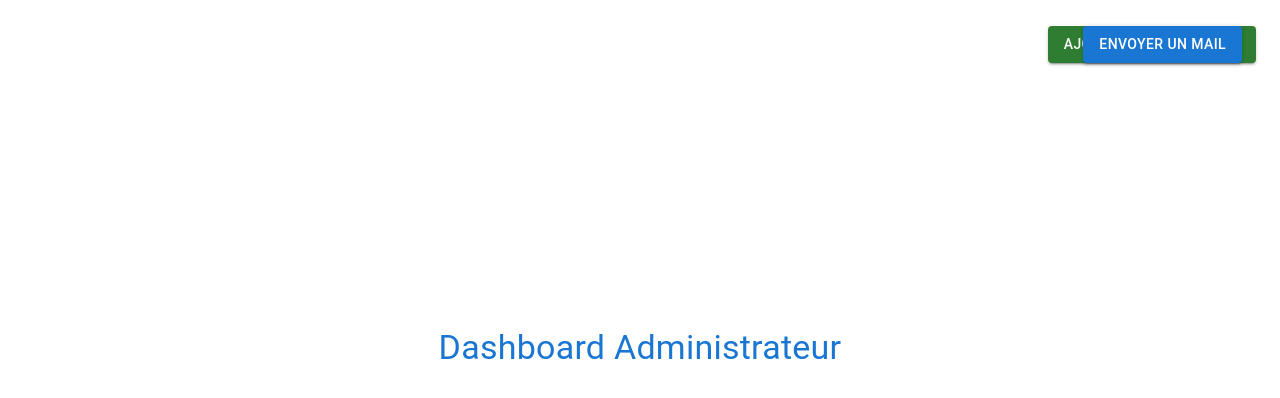
Repository: clement-chn/challenge-48h
Page: /dashboard (app in front/)
The author's editor kept a copy of each file at every save. The page is drawn from the files as they stood at one save, then again after the next save.
The browser window is 1280 px wide. The pictures show the whole page.
The project was rebuilt for these pictures with package versions that can differ from the ones it lists, and the page was loaded fresh each time. Also part of the build but not shown: front/vite.config.js.

Above is the page before, as saved 2025-04-03 12:00:09.

### front/src/App.jsx
import './App.css'
import { BrowserRouter as Router, Routes, Route, Navigate } from 'react-router-dom'
import Connexion from './Routes/connexion.jsx'
import Dashboard from './Routes/dashboard.jsx'
import Inscription from './Routes/inscriptions.jsx'

function App() {
  return (
    <>
      <Router>
        <div className="min-h-screen bg-gray-50 text-gray-900">

          <Routes>
            <Route path="/" element={<Connexion />} />
            <Route path="/dashboard" element={<Dashboard />} />
            <Route path="/inscription" element={<Inscription />} />
            <Route path="*" element={<Navigate to="/" />} />
          </Routes>
        </div>
      </Router>
    </>
  )
}

export default App

### front/src/Routes/connexion.jsx
const Connexion = () => {



}

export default Connexion;

### front/src/Routes/dashboard.jsx
import React, { useState } from 'react';
import { Button, Typography, Box, Card, CardContent, IconButton } from '@mui/material';
import EditIcon from '@mui/icons-material/Edit';
import DeleteIcon from '@mui/icons-material/Delete';
import ModalCreeEvent from '../Components/ModalCreeEvent'; // Import du nouveau composant

const AdminDashboard = () => {
  const [open, setOpen] = useState(false);
  const [events, setEvents] = useState([]); // Liste des événements
  const [eventData, setEventData] = useState({
    title: '',
    date: '',
    description: '',
  });

  // Ouvrir et fermer la modal
  const handleOpen = () => setOpen(true);
  const handleClose = () => {
    setOpen(false);
    setEventData({ title: '', date: '', description: '' }); // Réinitialiser le formulaire
  };

  // Gérer les changements dans le formulaire
  const handleChange = (e) => {
    setEventData({ ...eventData, [e.target.name]: e.target.value });
  };

  // Ajouter un nouvel événement
  const handleSubmit = (e) => {
    e.preventDefault();
    setEvents([...events, { ...eventData, id: Date.now() }]); // Ajoute l'événement avec un ID unique
    handleClose();
  };

  // Supprimer un événement
  const handleDelete = (id) => {
    setEvents(events.filter(event => event.id !== id));
  };

  return (
    <Box sx={{ p: 3 }}>
      {/* Conteneur pour positionner le bouton */}
      <Box sx={{ position: 'absolute', top: 18, right: 16, borderRadius: 1,  p: 1 }}>
        <Button variant="contained" color="success" onClick={handleOpen}> {/* Changement de la couleur en vert */}
          Ajouter un événement
        </Button>
      </Box>

      {/* Bouton pour envoyer un mail */}
      <Box sx={{ position: 'absolute', top: 18, right: 30, borderRadius: 1, p: 1 }}>
        <Button variant="contained" color="primary" onClick={() => alert('Mail envoyé !')}>
          Envoyer un mail
        </Button>
      </Box>

      <Typography variant="h4" color="primary" sx={{ mb: 3, textAlign: 'center' }}>
        Dashboard Administrateur
      </Typography>

      {/* Liste des événements */}
      {events.map((event) => (
        <Card key={event.id} sx={{ mb: 2, p: 2, display: 'flex', justifyContent: 'space-between', alignItems: 'center' }}>
          <CardContent>
            <Typography variant="subtitle2" color="textSecondary">
              {event.date}
            </Typography>
            <Typography variant="h6">{event.title}</Typography>
            <Typography variant="body2" color="textSecondary">
              {event.description}
            </Typography>
          </CardContent>
          {/* Boutons Modifier & Supprimer */}
          <Box>
            <IconButton color="primary">
              <EditIcon />
            </IconButton>
            <IconButton color="error" onClick={() => handleDelete(event.id)}>
              <DeleteIcon />
            </IconButton>
          </Box>
        </Card>
      ))}

      {/* Utilisation du composant ModalCreeEvent */}
      <ModalCreeEvent
        open={open}
        handleClose={handleClose}
        handleSubmit={handleSubmit}
        handleChange={handleChange}
        eventData={eventData}
      />
    </Box>
  );
};

export default AdminDashboard;

### front/src/Routes/inscriptions.jsx
const Inscription = () => {



}

export default Inscription;

### front/src/Components/ModalCreeEvent.jsx
import React from 'react';
import { Box, Typography, Modal, TextField, Button } from '@mui/material';

const ModalCreeEvent = ({ open, handleClose, handleSubmit, handleChange, eventData }) => {
  return (
    <Modal open={open} onClose={handleClose} aria-labelledby="modal-title">
      <Box
        sx={{
          position: 'absolute',
          top: '50%',
          left: '50%',
          transform: 'translate(-50%, -50%)',
          width: 400,
          bgcolor: 'background.paper',
          boxShadow: 24,
          p: 4,
          borderRadius: 2,
        }}
      >
        <Typography id="modal-title" variant="h6" sx={{ mb: 2 }}>
          Créer un nouvel événement
        </Typography>

        {/* Formulaire */}
        <form onSubmit={handleSubmit}>
          <TextField
            label="Titre de l'événement"
            name="title"
            fullWidth
            required
            margin="dense"
            value={eventData.title}
            onChange={handleChange}
          />
          <TextField
            label="Date"
            type="date"
            name="date"
            fullWidth
            required
            margin="dense"
            InputLabelProps={{ shrink: true }}
            value={eventData.date}
            onChange={handleChange}
          />
          <TextField
            label="Description"
            name="description"
            fullWidth
            multiline
            rows={3}
            margin="dense"
            value={eventData.description}
            onChange={handleChange}
          />

          <Box sx={{ display: 'flex', justifyContent: 'space-between', mt: 3 }}>
            <Button variant="contained" color="error" onClick={handleClose}>
              Annuler
            </Button>
            <Button variant="contained" color="primary" type="submit">
              Créer
            </Button>
          </Box>
        </form>
      </Box>
    </Modal>
  );
};

export default ModalCreeEvent;

Loaded but not shown: front/index.html (common file); front/src/main.jsx (common file); front/src/index.css (common file); front/src/App.css (common file)

After the next save:
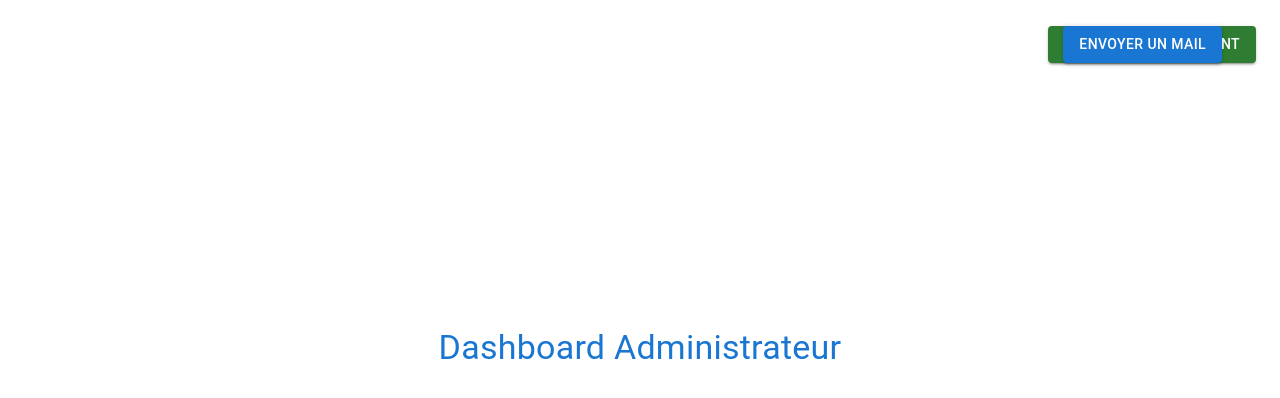
Saved 5 s later.
--- a/front/src/Routes/dashboard.jsx
+++ b/front/src/Routes/dashboard.jsx
@@ -47,7 +47,7 @@ const AdminDashboard = () => {
       </Box>
 
       {/* Bouton pour envoyer un mail */}
-      <Box sx={{ position: 'absolute', top: 18, right: 30, borderRadius: 1, p: 1 }}>
+      <Box sx={{ position: 'absolute', top: 18, right: 50, borderRadius: 1, p: 1 }}>
         <Button variant="contained" color="primary" onClick={() => alert('Mail envoyé !')}>
           Envoyer un mail
         </Button>
